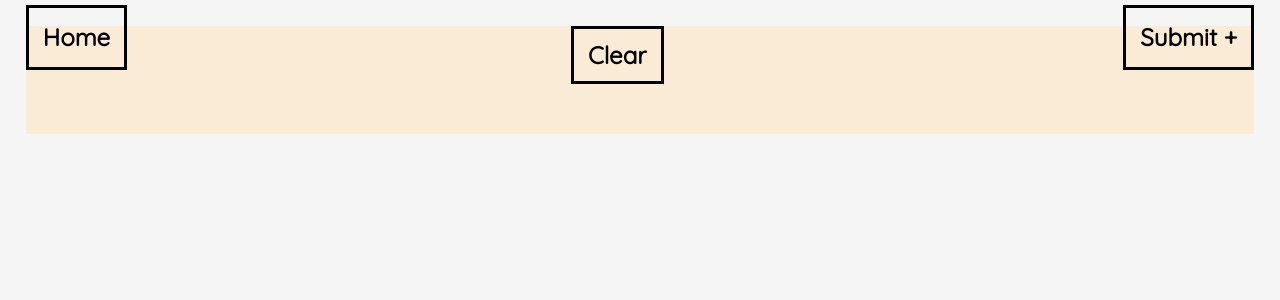
Repository: rickypcyt/WebMural
Page: /
An editor plug-in stored every save of this project. The page is shown before and after a run of saves, followed by the edit.
The browser window is 1280 px wide. The pictures show the whole page.
The project was rebuilt for these pictures with package versions that can differ from the ones it lists, and the page was loaded fresh each time.

Above is the page before, as saved 2022-09-12 13:12:15.

After the next 2 saves:
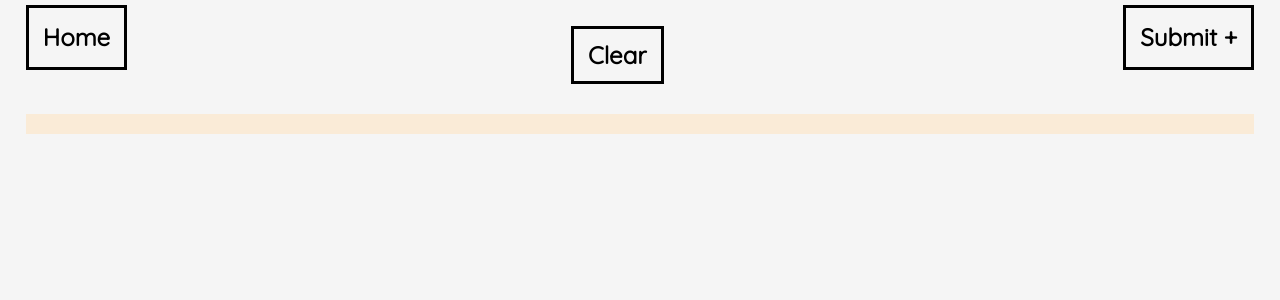
The 2 saves are shown as one change because they came seconds apart.
The last was saved 30 s later.
--- a/src/index.css
+++ b/src/index.css
@@ -18,6 +18,8 @@ input[type="file"] {
   justify-content: space-evenly;
   gap: 15px;
   padding: 10px;
+  background-color: antiquewhite;
+
 }
 html{
   background-color: whitesmoke;
@@ -30,7 +32,6 @@ body {
   padding: 0%;
 }
 main{
-  background-color: antiquewhite;
   top: 10%;
 
 }
